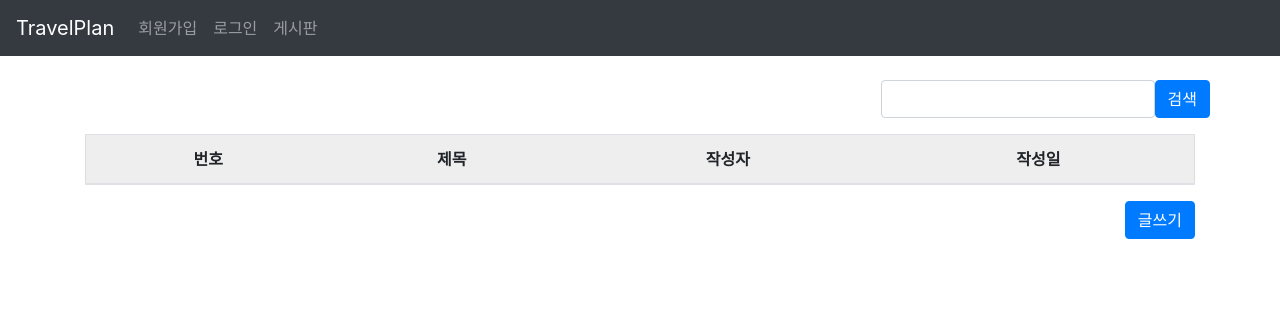
Repository: sna145815/Travel_v1
Page: http://localhost/Travel_v1/board?cmd=getlist
These files come from the project's save history. The page is drawn as it stood at one moment and after the next save; the edit follows.
The browser window is 1280 px wide. The pictures show the whole page.
The page is served by Tomcat 9. Queries for data that is not in the repository find no rows.

Above is the page before, as saved 2022-11-04 09:37:06.

After the next save:
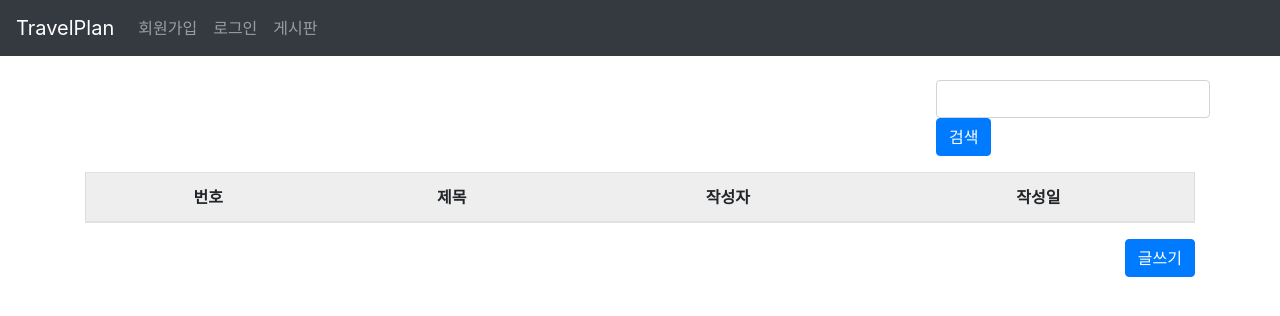
Saved 6 min 49 s later.
--- a/Travel_v1/src/main/webapp/WEB-INF/view/board.jsp
+++ b/Travel_v1/src/main/webapp/WEB-INF/view/board.jsp
@@ -11,12 +11,15 @@
 <body>
 <div class="container">
 <div class="form-group row pull-right" style="float: right;" >
-		<div class="col-xs-8">
+<form action="board?cmd=search" action="post">
+<div class="col-xs-8">
 			<input class="form-control" type="text" size="20">
 		</div>
 		<div class="col-xs-2">
 			<button class="btn btn-primary" type="button">검색</button>
 		</div>
+</form>
+
 	</div>
 <table class="table" style="text-align: center; border: 1px solid #dddddd">
 				<thead>
